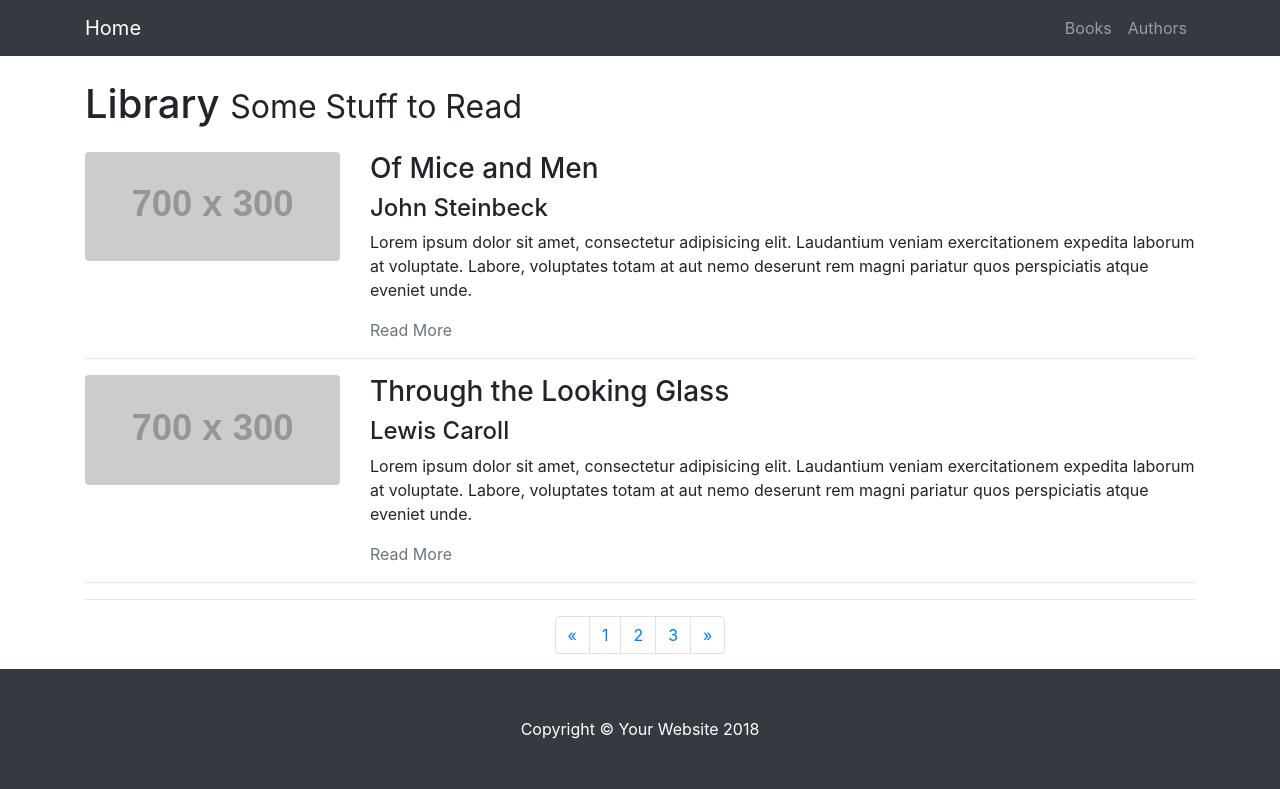
Repository: rosiehsmith/recipebook
Page: http://localhost/books
The author's editor kept a copy of each file at every save. The page is drawn from the files as they stood at one save, then again after the next save.
The browser window is 1280 px wide. The pictures show the whole page.
The page is served by the project's Node server (app.js).

Above is the page before, as saved 2019-01-07 07:26:51.

After the next save:
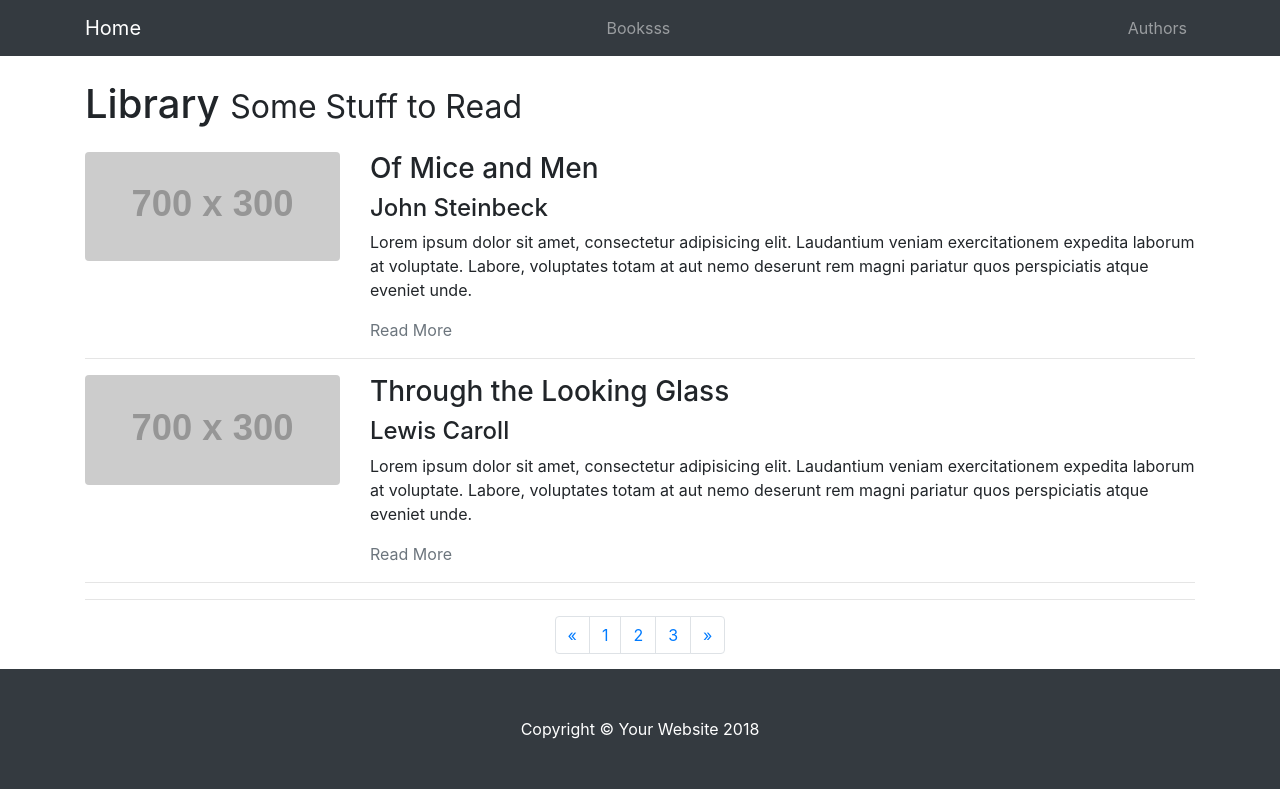
Saved 1 s later.
--- a/src/views/bookListView.ejs
+++ b/src/views/bookListView.ejs
@@ -28,14 +28,13 @@
           <span class="navbar-toggler-icon"></span>
         </button>
         <div class="collapse navbar-collapse" id="navbarResponsive">
+          <%for(let i=0; i<nav.length;i++) {%>
           <ul class="navbar-nav ml-auto">
             <li class="nav-item">
-              <a class="nav-link" href="/books">Books</a>
-            </li>
-            <li class="nav-item">
-              <a class="nav-link" href="/authors">Authors</a>
+              <a class="nav-link" href="<%=nav[i].link%>"><%=nav[i].title%></a>
             </li>
           </ul>
+          <%}%>
         </div>
       </div>
     </nav>
